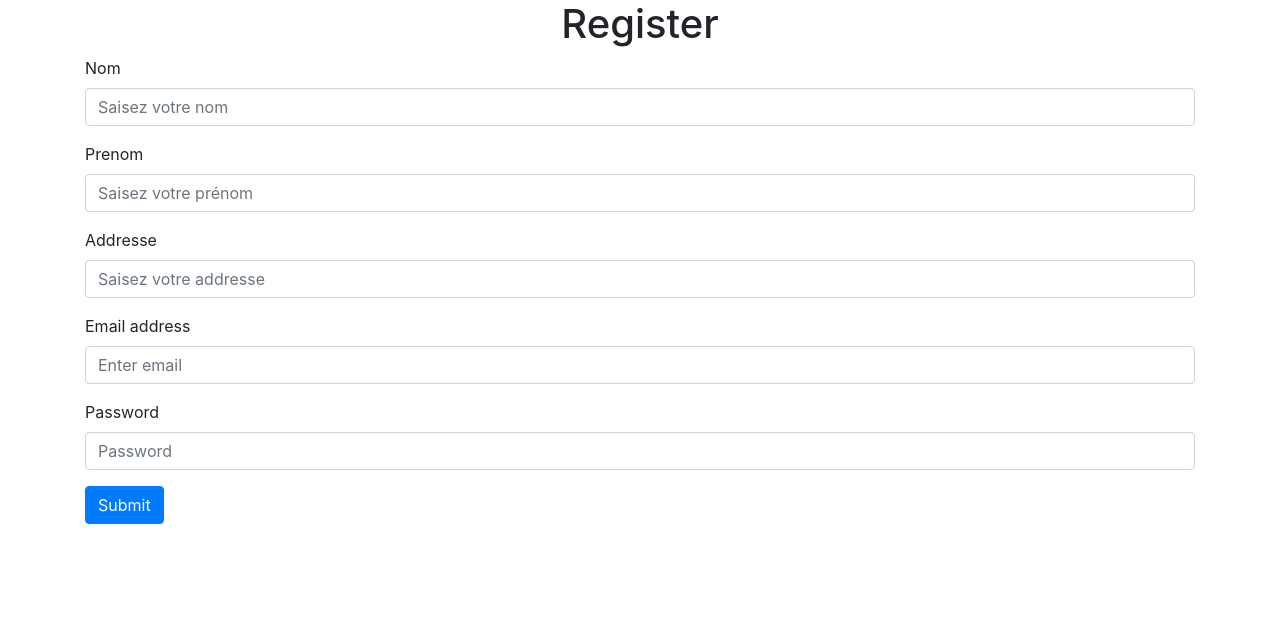
Repository: johan1412/rentme-front
Page: /register
The author's editor kept a copy of each file at every save. The page is drawn from the files as they stood at one save, then again after the next save.
The browser window is 1280 px wide. The pictures show the whole page.
The project was rebuilt for these pictures with package versions that can differ from the ones it lists, and the page was loaded fresh each time. Also part of the build but not shown: vue.config.js, src/components/form/LoginForm.vue, src/components/pages/common/auth/LoginPage.vue, src/components/layout/Footer.vue, src/components/layout/BaseLayout.vue.

Above is the page before, as saved 2022-01-05 03:30:24.

After the next save:
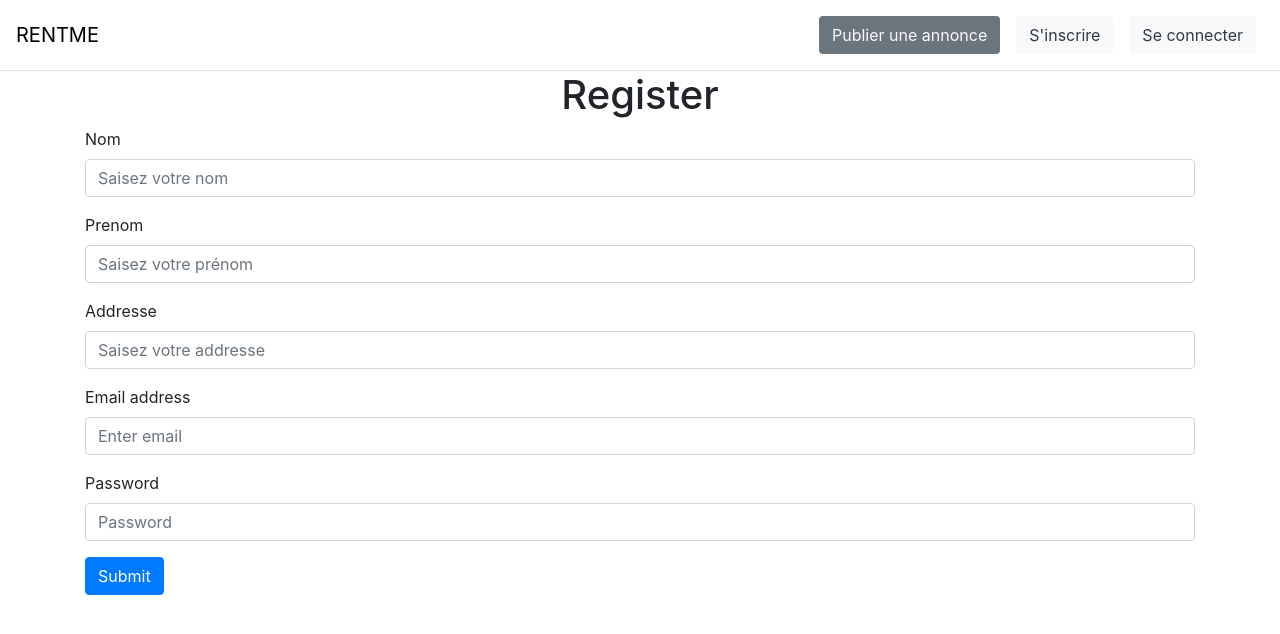
Saved 4 s later.
--- a/src/components/pages/common/auth/RegisterPage.vue
+++ b/src/components/pages/common/auth/RegisterPage.vue
@@ -11,7 +11,7 @@ import RegisterForm from '../../../form/RegisterForm.vue';
 import NavBar from "../../../layout/NavBar.vue";
 
 export default {
-  components: { RegisterForm },
+  components: { RegisterForm,NavBar },
   name: "RegisterPage",
 };
 </script>
